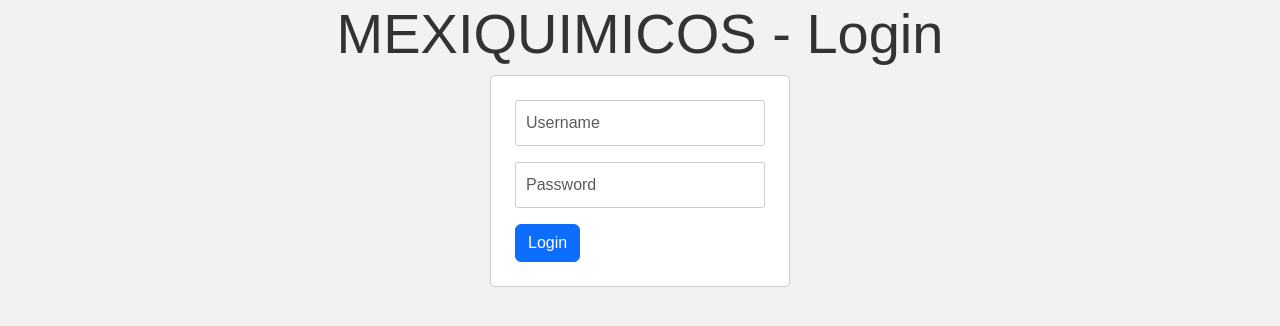
Repository: iDiv3r/MexiQuimicosIsay
Page: Index.html
An editor plug-in stored every save of this project. The page is shown before and after the next save, followed by the edit.
The browser window is 1280 px wide. The pictures show the whole page.

Above is the page before, as saved 2023-11-24 23:53:08.

After the next save:
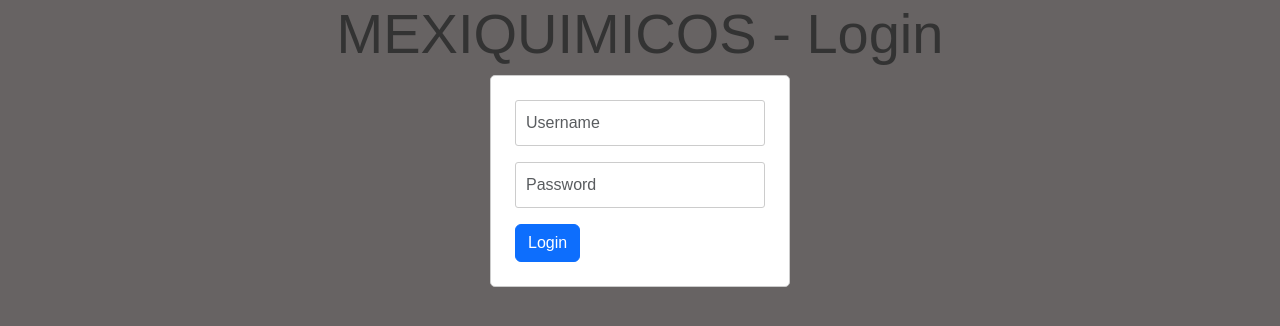
Saved 37 s later.
--- a/Index.html
+++ b/Index.html
@@ -2,11 +2,11 @@
 <html lang="es">
 <head>
   <meta charset="UTF-8">
-  <title>MEXIQUIMICOS - Login</title>
+  <title>MEXIQUIMICO</title>
   <link rel="stylesheet" href="https://cdn.jsdelivr.net/npm/bootstrap@5.3.0/dist/css/bootstrap.min.css">
   <style>
     body {
-      background-color: #f2f2f2;
+      background-color: #676363;
       font-family: Arial, sans-serif;
     }
 
